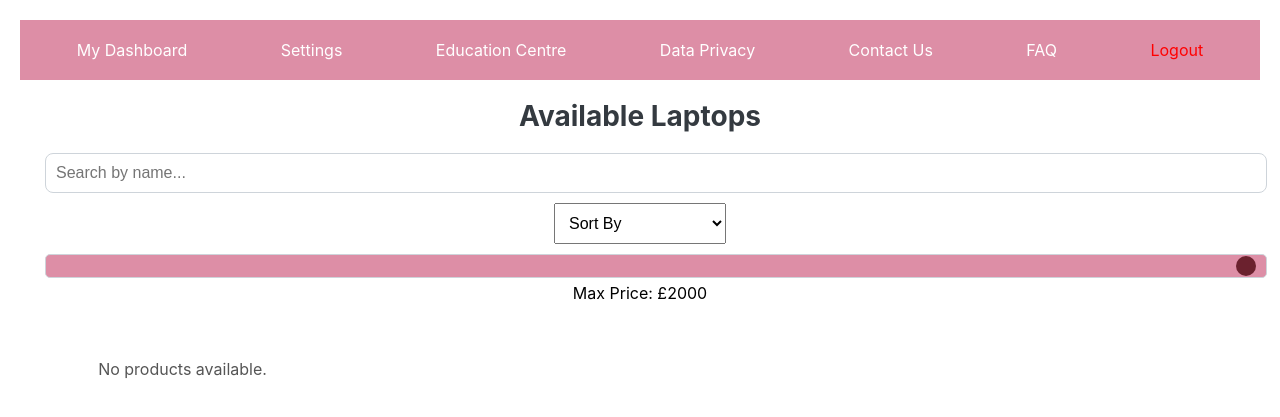
Repository: aab232/https---github.com-aab232-Deferred-Payment-Platform
Page: /main (app in frontend/)
These files come from the project's save history. The page is drawn as it stood at one moment and after the next save; the edit follows.
The browser window is 1280 px wide. The pictures show the whole page.
The page's requests for data from a server got no answer. The project was rebuilt for these pictures with package versions that can differ from the ones it lists, and the page was loaded fresh each time. No one was signed in, and anything a server would have sent is missing. Also part of the build but not shown: frontend/src/components/Home.js, frontend/src/components/Register.js, frontend/src/components/Login.js, frontend/src/components/BackButton.css, frontend/src/components/BackButton.js, frontend/src/components/Settings.js.

Above is the page before, as saved 2025-04-01 00:39:19.

### frontend/src/App.js
import React from 'react';
import { BrowserRouter as Router, Routes, Route } from 'react-router-dom';
import Home from './components/Home';
import Register from './components/Register';
import Login from './components/Login';
import Main from './components/Main';
import Settings from './components/Settings';

const App = () => {
  return (
    <Router>
      <Routes>
        <Route path="/" element={<Home />} />
        <Route path="/login" element={<Login />} />
        <Route path="/register" element={<Register />} />
        <Route path="/main" element={<Main />} />
        <Route path="/settings" element={<Settings />} />
      </Routes>
    </Router>
  );
};

export default App;

### frontend/src/components/Main.js
import React, { useState, useEffect } from 'react';
import { useNavigate } from 'react-router-dom';
import axios from 'axios';
import './Main.css';

const Main = () => {
  const [products, setProducts] = useState([]);
  const [filteredProducts, setFilteredProducts] = useState([]);
  const [searchTerm, setSearchTerm] = useState('');
  const [sortOption, setSortOption] = useState('');
  const [priceRange, setPriceRange] = useState([0, 2000]);
  const [selectedProduct, setSelectedProduct] = useState(null);
  const navigate = useNavigate();

  useEffect(() => {
    const fetchProducts = async () => {
      try {
        const response = await axios.get('http://localhost:5000/api/products');
        if (Array.isArray(response.data.products)) {
          setProducts(response.data.products);
          setFilteredProducts(response.data.products);
        }
      } catch (error) {
        console.error('Error fetching products:', error);
      }
    };
    fetchProducts();
  }, []);

  useEffect(() => {
    let updatedProducts = products.filter(product =>
      product.name.toLowerCase().includes(searchTerm.toLowerCase()) &&
      parseFloat(product.price.replace(/[^0-9.]/g, '')) >= priceRange[0] &&
      parseFloat(product.price.replace(/[^0-9.]/g, '')) <= priceRange[1]
    );

    if (sortOption === 'price-asc') {
      updatedProducts.sort((a, b) => parseFloat(a.price.replace(/[^0-9.]/g, '')) - parseFloat(b.price.replace(/[^0-9.]/g, '')));
    } else if (sortOption === 'price-desc') {
      updatedProducts.sort((a, b) => parseFloat(b.price.replace(/[^0-9.]/g, '')) - parseFloat(a.price.replace(/[^0-9.]/g, '')));
    } else if (sortOption === 'name') {
      updatedProducts.sort((a, b) => a.name.localeCompare(b.name));
    }

    setFilteredProducts(updatedProducts);
  }, [searchTerm, sortOption, priceRange, products]);

  return (
    <div className="main-container">
      <nav className="taskbar">
        <span className="tab" onClick={() => navigate('/dashboard')}>My Dashboard</span>
        <span className="tab" onClick={() => navigate('/settings')}>Settings</span>
        <span className="tab" onClick={() => navigate('/education')}>Education Centre</span>
        <span className="tab" onClick={() => navigate('/privacy')}>Data Privacy</span>
        <span className="tab" onClick={() => navigate('/contact')}>Contact Us</span>
        <span className="tab" onClick={() => navigate('/faq')}>FAQ</span>
        <span className="tab logout" onClick={() => navigate('/login')}>Logout</span>
      </nav>

      <h1>Available Laptops</h1>

      <div className="filters">
        <input type="text" placeholder="Search by name..." value={searchTerm} onChange={(e) => setSearchTerm(e.target.value)} />
        <select onChange={(e) => setSortOption(e.target.value)}>
          <option value="">Sort By</option>
          <option value="price-asc">Price: Low to High</option>
          <option value="price-desc">Price: High to Low</option>
          <option value="name">Name: A-Z</option>
        </select>
        <input type="range" min="0" max="2000" step="50" value={priceRange[1]} onChange={(e) => setPriceRange([0, Number(e.target.value)])} />
        <span>Max Price: £{priceRange[1]}</span>
      </div>

      <div className="products-container">
        {filteredProducts.length > 0 ? (
          filteredProducts.slice(0, 9).map((product, index) => (
            <div key={index} className="product-card" onClick={() => setSelectedProduct(product)}>
              <img src={product.img} alt={product.name} />
              <h3>{product.name}</h3>
              <p>{product.price}</p>
              <button>Add to Cart</button>
            </div>
          ))
        ) : (
          <p>No products available.</p>
        )}
      </div>

      {selectedProduct && (
        <div className="modal">
          <div className="modal-content">
            <span className="close" onClick={() => setSelectedProduct(null)}>&times;</span>
            <img src={selectedProduct.img} alt={selectedProduct.name} />
            <h2>{selectedProduct.name}</h2>
            <p>{selectedProduct.price}</p>
            <p><a href={selectedProduct.link} target="_blank" rel="noopener noreferrer">View on Argos</a></p>
            <button className="buy-now">Buy Now</button>
            <button className="add-to-cart">Add to Cart</button>
          </div>
        </div>
      )}
    </div>
  );
};

export default Main;

### frontend/src/components/Home.css
.container {
    display: flex;
    justify-content: center;
    align-items: center;
    height: 100vh; /* Full viewport height */
    background: linear-gradient(135deg, #252f3b, #252d3b); /* Elegant gradient */
  }

  .card {
    text-align: center;
    background: #fff;
    padding: 40px 60px;
    border-radius: 24px;
    box-shadow: 0 8px 32px rgba(0, 0, 0, 0.2);
    max-width: 350px;
    width: 100%;
  }

  h1 {
    margin-bottom: 16px;
    font-size: 28px;
    color: #252f3b;
  }

  p {
    margin-bottom: 32px;
    font-size: 16px;
    color: #555;
  }

  .button-group {
    display: flex;
    justify-content: space-between;
  }

  .btn {
    padding: 12px 24px;
    font-size: 16px;
    border: none;
    border-radius: 30px; /* Rounded buttons */
    cursor: pointer;
    transition: background 0.3s ease;
    color: white;
    background: #252f3b;
  }

  .btn:hover {
    background: #252f3b; /* Button hover effect */
  }

### frontend/src/components/Form.css
.container {
  display: flex;
  justify-content: center;
  align-items: center;
  height: 100vh;
  background: linear-gradient(200deg, #eff7f6, #F7D6E0);
}

.form-card {
  background: white;
  padding: 40px 60px;
  border-radius: 24px;
  box-shadow: 0 8px 32px rgba(0, 0, 0, 0.2);
  max-width: 400px;
  width: 100%;
  text-align: center;
}

h2 {
  color: #252f3b;
}

input {
  display: block;
  width: 100%;
  margin: 10px 0;
  padding: 12px;
  border: 1px solid #ddd;
  border-radius: 30px;
}

.btn {
  padding: 12px 24px;
  margin-top: 20px;
  border-radius: 30px;
  border: none;
  color: white;
  background: #6b212e;
  cursor: pointer;
}

.btn:hover {
  background: #a41b34;
}

.link {
  color: #6b212e;
  cursor: pointer;
}

### frontend/src/components/Main.css
.main-container {
  text-align: center;
  padding: 20px;
}

.taskbar {
  display: flex;
  justify-content: space-around;
  background-color: #dd8ea6;
  padding: 10px;
}

.tab {
  color: white;
  cursor: pointer;
  padding: 10px;
}

.tab.logout {
  color: red;
}

.filters {
  margin: 20px;
}

.filters input,
.filters select {
  padding: 10px;
  margin: 5px;
  font-size: 16px;
}

.products-container {
  display: grid;
  grid-template-columns: repeat(auto-fill, minmax(250px, 1fr));
  gap: 20px;
  padding: 20px;
}

.product-card {
  border: 1px solid #ddd;
  padding: 15px;
  text-align: center;
  box-shadow: 2px 2px 10px rgba(0, 0, 0, 0.1);
}

.product-card img {
  width: 100%;
  height: auto;
}

.product-card button {
  background-color: #008cba;
  color: white;
  padding: 10px;
  border: none;
  cursor: pointer;
}

.product-card button:hover {
  background-color: #005f75;
}

/* For WebKit Browsers (Chrome, Edge, Safari) */
input[type="range"] {
  -webkit-appearance: none; /* Remove default styles */
  appearance: none;
  width: 100%; /* Make it full width */
  height: 2px; /* Adjust thickness */
  background: #dd8ea6; /* Pink background */
  border-radius: 5px;
  outline: none;
  transition: background 0.3s ease-in-out;
}

/* Customize the Thumb (Draggable Circle) */
input[type="range"]::-webkit-slider-thumb {
  -webkit-appearance: none;
  appearance: none;
  width: 20px; /* Adjust size */
  height: 20px;
  background: #6b212e; /* Darker pink */
  border-radius: 50%;
  cursor: pointer;
  transition: 0.3s;
}

input[type="range"]::-webkit-slider-thumb:hover {
  background: #966473; /* Even darker pink on hover */
}

/* For Firefox */
input[type="range"]::-moz-range-thumb {
  width: 20px;
  height: 20px;
  background: #dd8ea6;
  border-radius: 50%;
  cursor: pointer;
}

/* For Edge */
input[type="range"]::-ms-thumb {
  width: 20px;
  height: 20px;
  background: #dd8ea6;
  border-radius: 50%;
  cursor: pointer;
}

### frontend/src/components/Settings.css
.settings-container {
  display: flex;
  flex-direction: column;
  align-items: center;
  padding: 40px 20px;
  background: #f8f9fa;
  min-height: 100vh;
}

h1 {
  color: #343a40;
  margin-bottom: 20px;
}

.menu {
  display: flex;
  gap: 20px;
  margin-bottom: 40px;
}

.menu button {
  padding: 10px 20px;
  border: none;
  border-radius: 8px;
  cursor: pointer;
  transition: background 0.3s ease;
  font-weight: bold;
  background: #007bff;
  color: white;
}

.menu .danger {
  background: #dc3545;
}

.menu button:hover {
  opacity: 0.8;
}

/* Dropdown styling */
.dropdown {
  display: flex;
  flex-direction: column;
  gap: 10px;
  margin-top: 20px;
}

.dropdown button {
  padding: 8px 16px;
  border: none;
  border-radius: 8px;
  background: #6c757d;
  color: white;
  cursor: pointer;
  transition: background 0.3s ease;
}

.dropdown button:hover {
  background: #495057;
}

/* Section Styling */
.section {
  width: 100%;
  max-width: 600px;
  background: white;
  padding: 30px;
  border-radius: 16px;
  box-shadow: 0 8px 24px rgba(0, 0, 0, 0.1);
  margin-top: 20px;
}

h2 {
  color: #495057;
  margin-bottom: 20px;
}

input {
  width: 100%;
  padding: 12px;
  margin-bottom: 15px;
  border: 1px solid #ced4da;
  border-radius: 8px;
  font-size: 14px;
}

button {
  padding: 12px 20px;
  border: none;
  border-radius: 8px;
  cursor: pointer;
  background: #28a745;
  color: white;
  font-weight: bold;
}

button:hover {
  opacity: 0.9;
}

.info {
  margin-top: 20px;
  color: #6c757d;
}

Loaded but not shown: frontend/public/index.html (common file); frontend/src/index.js (common file); frontend/src/index.css (common file)

After the next save:
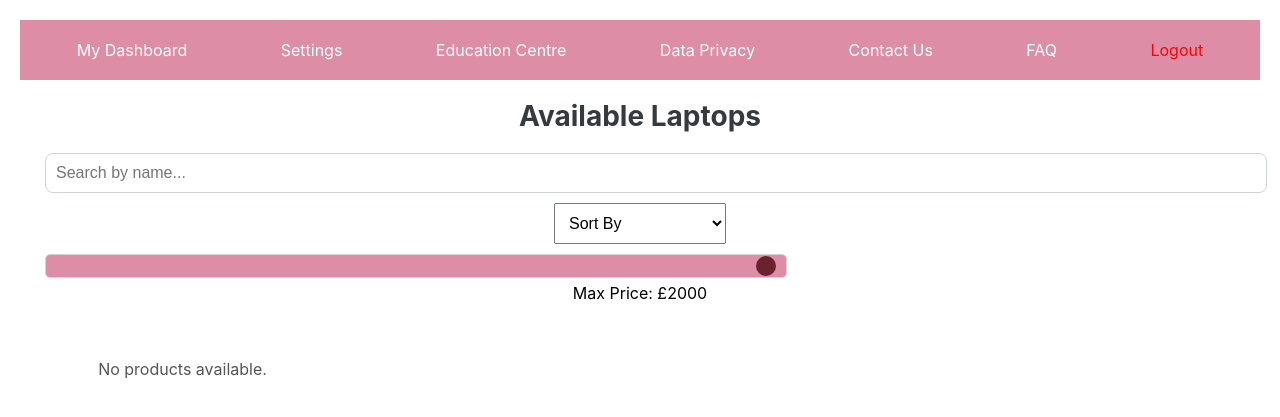
Saved 7 s later.
--- a/frontend/src/components/Main.css
+++ b/frontend/src/components/Main.css
@@ -66,7 +66,7 @@
 input[type="range"] {
   -webkit-appearance: none; /* Remove default styles */
   appearance: none;
-  width: 100%; /* Make it full width */
+  width: 60%; /* Make it full width */
   height: 2px; /* Adjust thickness */
   background: #dd8ea6; /* Pink background */
   border-radius: 5px;

After the 2 saves that followed:
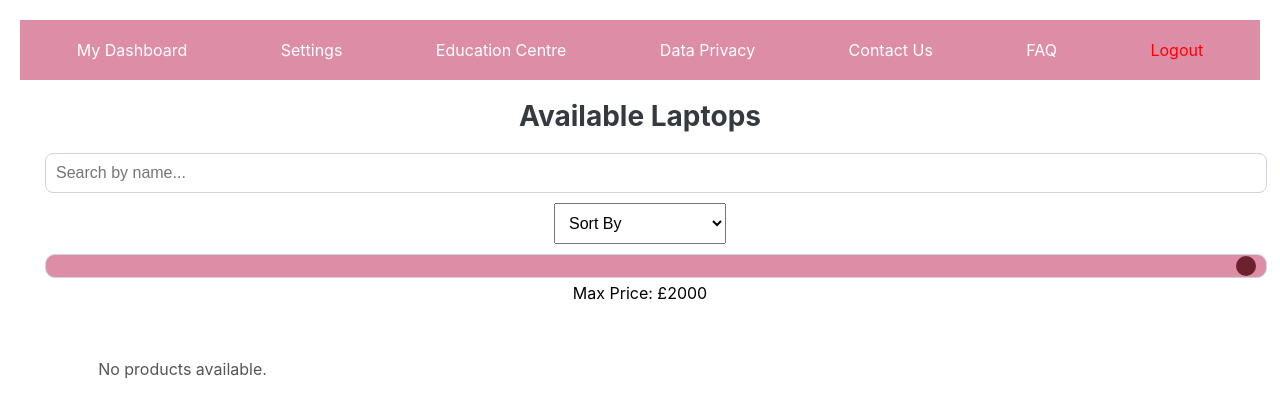
The 2 saves are shown as one change because they came seconds apart.
The last was saved 10 s later.
--- a/frontend/src/components/Main.css
+++ b/frontend/src/components/Main.css
@@ -66,10 +66,10 @@
 input[type="range"] {
   -webkit-appearance: none; /* Remove default styles */
   appearance: none;
-  width: 60%; /* Make it full width */
+  width: 100%; /* Make it full width */
   height: 2px; /* Adjust thickness */
   background: #dd8ea6; /* Pink background */
-  border-radius: 5px;
+  border-radius: 10px;
   outline: none;
   transition: background 0.3s ease-in-out;
 }
